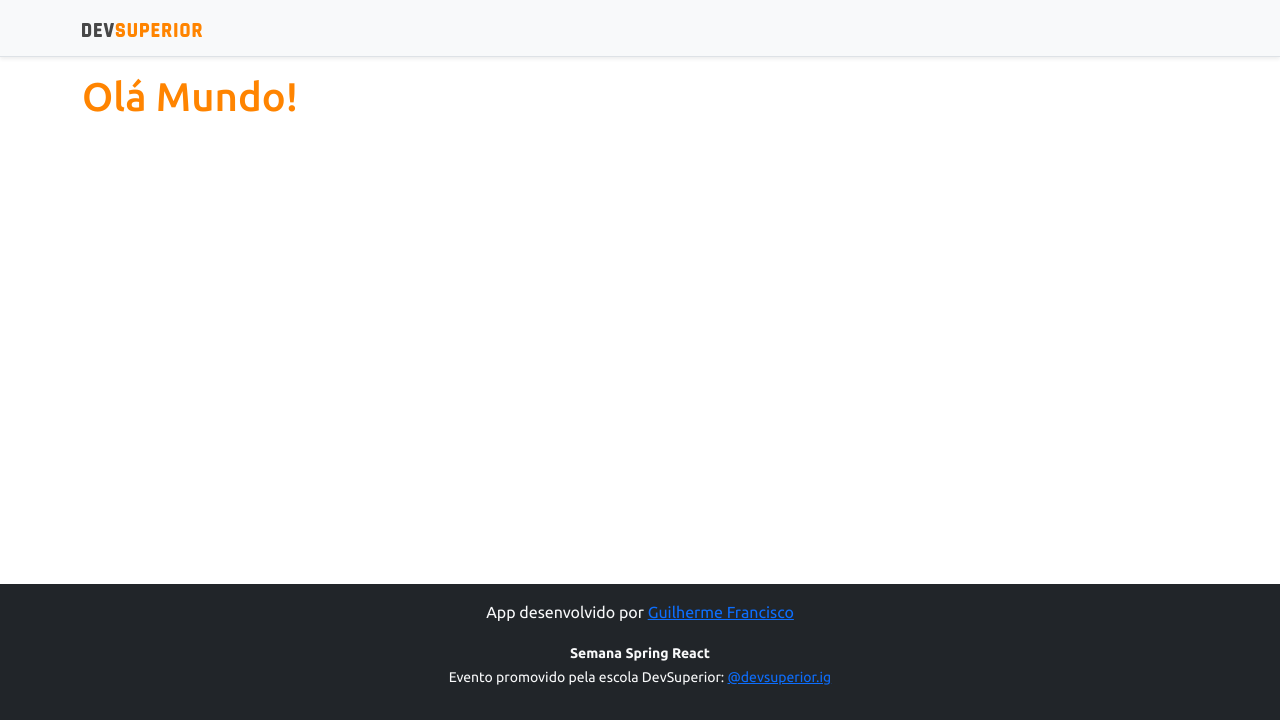
Repository: GuilhermeFrancisc0/projeto-react_spring
Page: / (app in frontend/)
An editor plug-in stored every save of this project. The page is shown before and after the next save, followed by the edit.
The browser window is 1280 px wide. The pictures show the whole page.
The project was rebuilt for these pictures with package versions that can differ from the ones it lists, and the page was loaded fresh each time.

Above is the page before, as saved 2021-05-30 16:21:27.

### frontend/public/index.html
<!DOCTYPE html>
<html lang="en">
  <head>
    <meta charset="utf-8" />
    <link rel="icon" href="%PUBLIC_URL%/favicon.ico" />
    <meta name="viewport" content="width=device-width, initial-scale=1" />
    <meta name="theme-color" content="#000000" />
    <meta
      name="description"
      content="App feito para exercitar conceitos de React e Spring"
    />
    <title>DSVendas</title>
  </head>
  <body>
    <noscript>You need to enable JavaScript to run this app.</noscript>
    <div id="root"></div>
  </body>
</html>

### frontend/src/App.tsx
import Footer from 'components/Footer';
import NavBar from './components/NavBar';

function App() {
  return (
    <>
    <NavBar/>
    <div className="container">
      <h1 className="text-primary">Olá Mundo!</h1>
    </div>
    <Footer/>
    </>
  );
}

export default App;

### frontend/src/components/Footer/index.tsx
const Footer = () => {
  return (
    <footer className="footer mt-auto py-3 bg-dark">
      <div className="container">
        <p className="text-light">
          App desenvolvido por{" "}
          <a
            href="https://github.com/GuilhermeFrancisc0"
            target="_blank"
            rel="noreferrer"
          >
            Guilherme Francisco
          </a>
        </p>
        <p className="text-light">
          <small>
            <strong>Semana Spring React</strong>
            <br />
            Evento promovido pela escola DevSuperior:{" "}
            <a
              href="https://instagram.com/devsuperior.ig"
              target="_blank"
              rel="noreferrer"
            >
              @devsuperior.ig
            </a>
          </small>
        </p>
      </div>
    </footer>
  );
};
export default Footer;

### frontend/src/components/NavBar/index.tsx
import ImgDsDark from "assets/img/ds-dark.svg";

const NavBar = () => {
  return (
    <div className="d-flex flex-column flex-md-row align-items-center p-3 px-md-4 mb-3 bg-light border-bottom shadow-sm">
      <div className="container">
        <nav className="my-2 my-md-0 mr-md-3">
          <img src={ImgDsDark} alt="DevSuperior" width="120" />
        </nav>
      </div>
    </div>
  );
};
export default NavBar;

### frontend/src/components/DataTable/index.tsx
const DataTable = () => {
    return (
<div className="table-responsive">
    <table className="table table-striped table-sm">
        <thead>
            <tr>
                <th>Data</th>
                <th>Vendedor</th>
                <th>Clientes visitados</th>
                <th>Negócios fechados</th>
                <th>Valor</th>
            </tr>
        </thead>
        <tbody>
            <tr>
                <td>22/04/2021</td>
                <td>Barry Allen</td>
                <td>34</td>
                <td>25</td>
                <td>15017.00</td>
            </tr>
        </tbody>
    </table>
</div>
    );
  };
  export default DataTable;

Loaded but not shown: frontend/src/index.tsx (common file); frontend/src/assets/css/styles.css (common file)

After the next save:
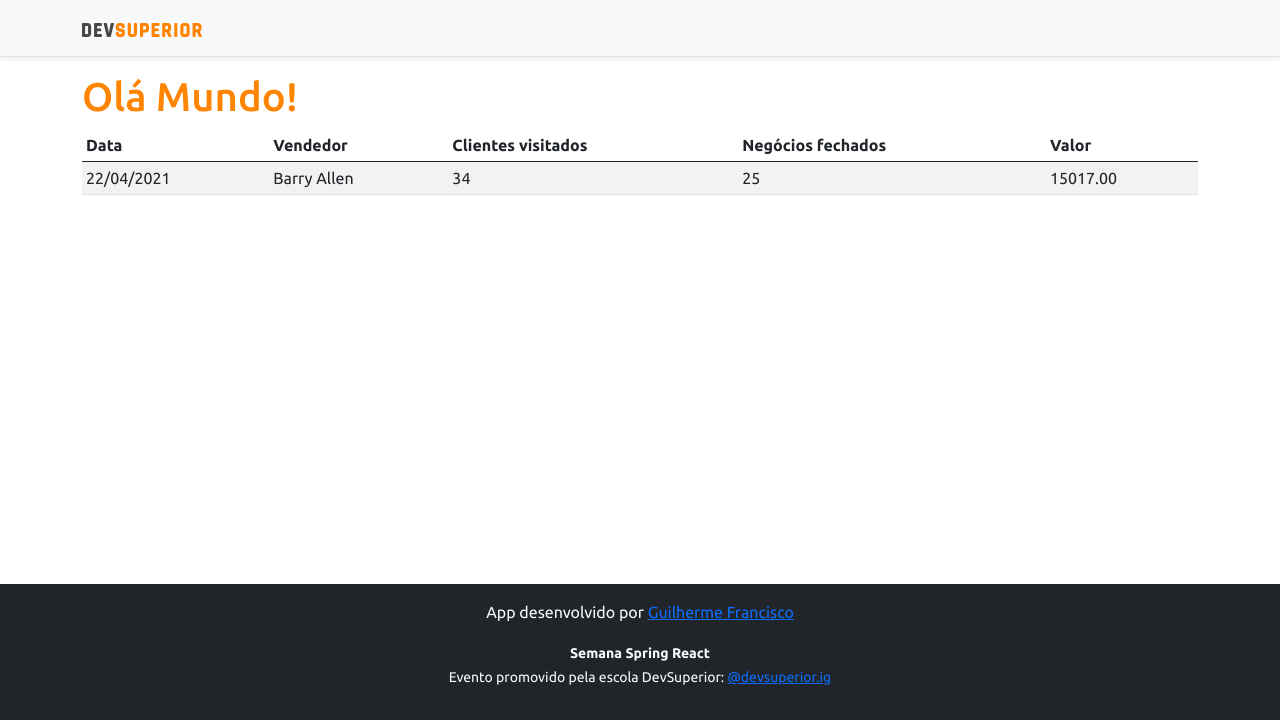
Saved 65 s later.
--- a/frontend/src/App.tsx
+++ b/frontend/src/App.tsx
@@ -1,3 +1,4 @@
+import DataTable from 'components/DataTable';
 import Footer from 'components/Footer';
 import NavBar from './components/NavBar';
 
@@ -7,6 +8,8 @@ function App() {
     <NavBar/>
     <div className="container">
       <h1 className="text-primary">Olá Mundo!</h1>
+
+      <DataTable/>
     </div>
     <Footer/>
     </>
